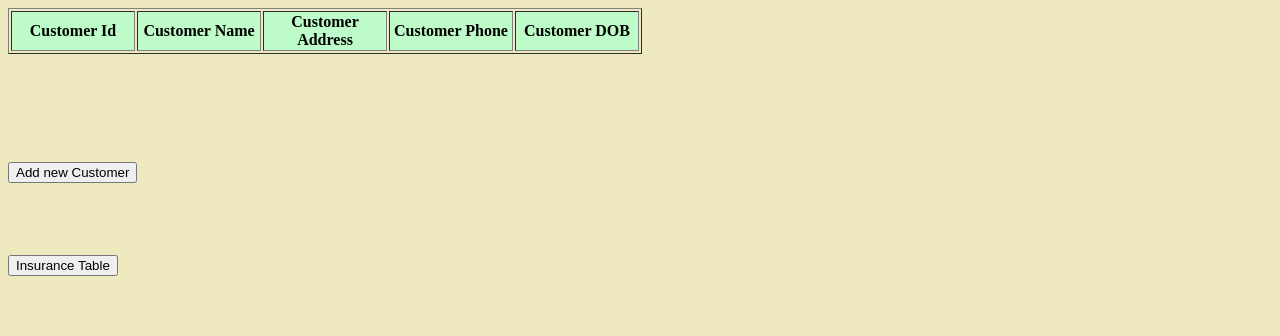
Repository: ankitasha/HomeProject
Page: http://localhost/insurance/WEB-INF/views/allcustomers.jsp
These files come from the project's save history. The page is drawn as it stood at one moment and after the next save; the edit follows.
The browser window is 1280 px wide. The pictures show the whole page.
The page is served by Tomcat 9. Nobody is signed in. Other server files are loaded and not shown. The template is opened directly, without the code that normally fills it, so the values that code supplies are empty.

Above is the page before, as saved 2017-05-05 12:36:14.

### insurance/src/main/webapp/WEB-INF/views/allcustomers.jsp
<%@ page language="java" contentType="text/html; charset=ISO-8859-1"
    pageEncoding="ISO-8859-1"%>
<!DOCTYPE html PUBLIC "-//W3C//DTD HTML 4.01 Transitional//EN" "http://www.w3.org/TR/html4/loose.dtd">
<%@ taglib uri="http://java.sun.com/jsp/jstl/core" prefix="c" %>
<html>
<head>
<meta http-equiv="Content-Type" content="text/html; charset=ISO-8859-1">
<title>All Customers</title>
<style type="text/css">

	#button {
     line-height: 12px;
     padding:5px;
     width: 100px;
     font-size: 8pt;
     font-family: tahoma;
     margin-top: 1px;
     margin-right: 0px;
     position:absolute;
     top:0;
     right:0;
 	}

 	#menu {
     line-height: 12px;
     padding:5px;
     width: 100px;
     font-size: 8pt;
     font-family: tahoma;
     margin-top: 1px;
     margin-right: 120px;
     position:absolute;
     top:0;
     right:0;
 	}

 	#row{
 	background-color: #C1C1C1;
 	}
</style>
</head>
<body style="background-color: #EEE9BF">
<table border="1">
  	<tr style="background-color: #BDFCC9">
  	    <th width="120">Customer Id</th>
    	<th width="120">Customer Name</th>
    	<th width="120">Customer Address</th>
    	<th width="120">Customer Phone</th>
    	<th width="120">Customer DOB</th>
   	</tr>
 <c:forEach var="allcustomers" items="${allcustomers}" varStatus="status">
    <tr>
       <td id="row">${allcustomers.customerId}</td>
       <td id="row">${allcustomers.name}</td>
       <td id="row">${allcustomers.address}</td>
       <td id="row">${allcustomers.phone}</td>
       <td id="row">${allcustomers.dob}</td>
       <td style="background-color: #5CACEE"><a href="viewinsurance/${allcustomers.customerId}">view</a></td>
 	  <td style="background-color: #5CACEE"><a href="edit/${allcustomers.customerId}">edit</a></td>
	  <td style="background-color: #F08080"><a href="delete/${allcustomers.customerId}">delete</a></td>

   </tr>
</c:forEach>
</table>
    <br>
    <br>
    <br>
    <br>
    <br>
    <br>
    <form method="get" action="add">
    	<button id="add" type="submit">Add new Customer</button>
    </form>
     <br>
    <br>
    <br>
    <br>
  	<form method="get" action="allinsurance">
    	<button id="allinsurance" type="submit">Insurance Table</button>
    </form>
</body>
</html>

After the next save:
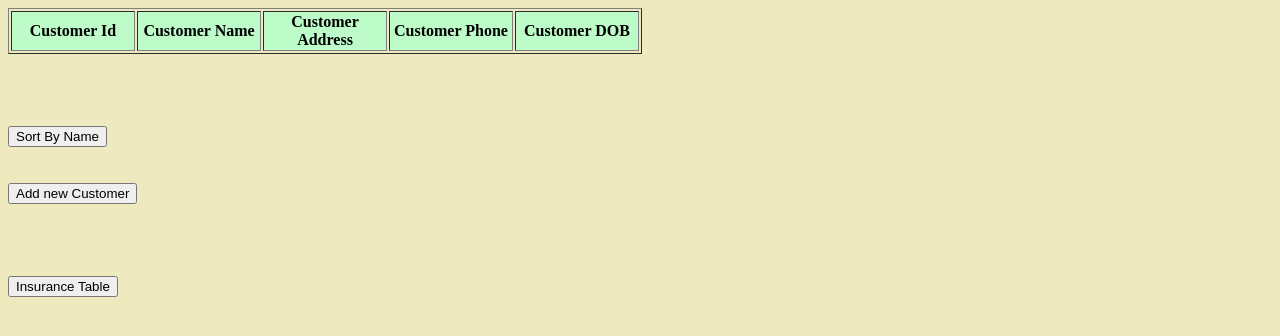
Saved 4 min 18 s later.
--- a/insurance/src/main/webapp/WEB-INF/views/allcustomers.jsp
+++ b/insurance/src/main/webapp/WEB-INF/views/allcustomers.jsp
@@ -66,6 +66,9 @@
     <br>
     <br>
     <br>
+    <form method="get" action="sortCustomerByName">
+    	<button id="sortCustomerByName" type="submit">Sort By Name</button>
+    </form>
     <br>
     <br>
     <form method="get" action="add">
